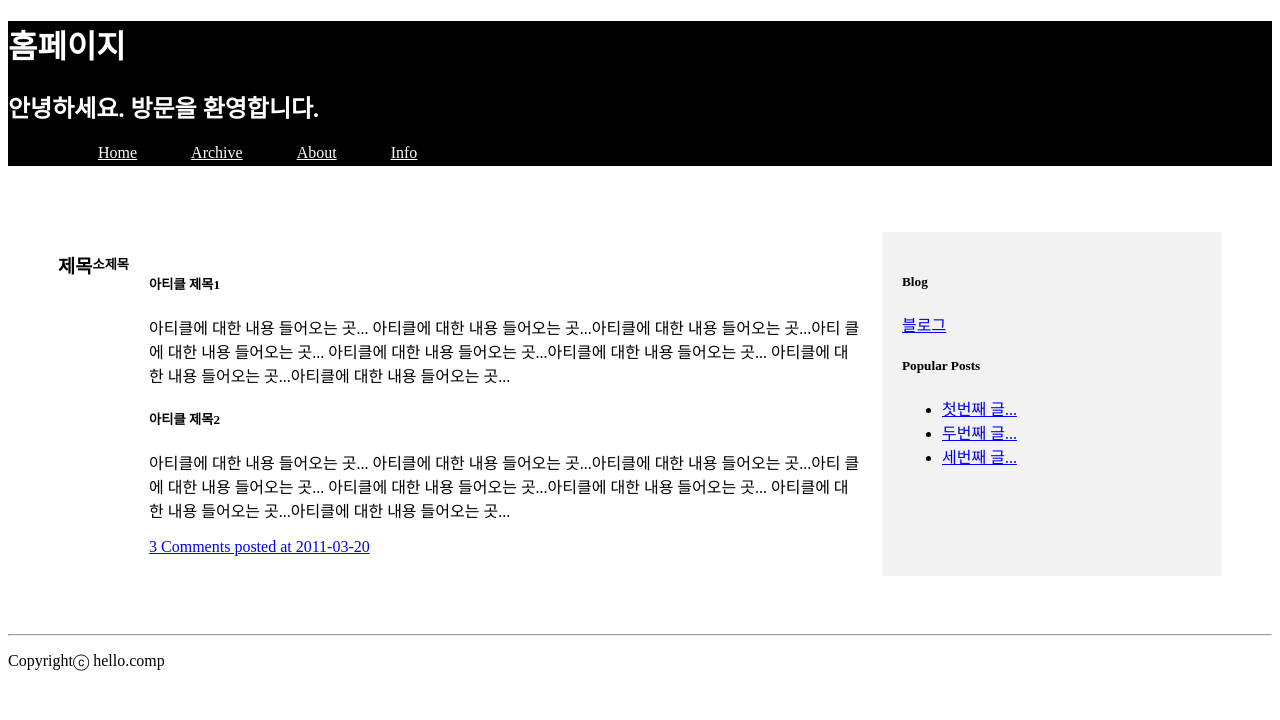
Repository: harin1212/PDA-frontend
Page: 김하린_0728_2/hw2.html
These files come from the project's save history. The page is drawn as it stood at one moment and after the next save; the edit follows.
The browser window is 1280 px wide. The pictures show the whole page.

Above is the page before, as saved 2023-07-28 17:20:40.

### 김하린_0728_2/hw2.html
<!DOCTYPE html>
<html lang="en">
<head>
    <meta charset="UTF-8">
    <meta name="viewport" content="width=device-width, initial-scale=1.0">
    <link rel="stylesheet" href="style/hw2.css">
    <title>HW2</title>
    <style>
        div.line{
            width: 200px;
            height: 10px;
            background-color: rgb(117, 107, 107);
        }
    </style>
</head>
<body>
    <header>
        <h1>홈페이지</h1>
        <h2>안녕하세요. 방문을 환영합니다.</h2>
        <nav>
            <ul>
                <li><a href="#">Home</a></li>
                <li><a href="#">Archive</a></li>
                <li><a href="#">About</a></li>
                <li><a href="#">Info</a></li>
            </ul>
        </nav>
    </header>

    <div class="container">
        <h3>제목</h3>
        <h5>소제목</h5>
        <br>

        <article>
            <section>
                <h5>아티클 제목1</h5>
                <p>아티클에 대한 내용 들어오는 곳...
                    아티클에 대한 내용 들어오는 곳...아티클에 대한 내용 들어오는 곳...아티
                    클에 대한 내용 들어오는 곳...
                    아티클에 대한 내용 들어오는 곳...아티클에 대한 내용 들어오는 곳...
                    아티클에 대한 내용 들어오는 곳...아티클에 대한 내용 들어오는 곳...
                </p>
            </section>
            <section>
                <h5>아티클 제목2</h5>
                <p>아티클에 대한 내용 들어오는 곳...
                    아티클에 대한 내용 들어오는 곳...아티클에 대한 내용 들어오는 곳...아티
                    클에 대한 내용 들어오는 곳...
                    아티클에 대한 내용 들어오는 곳...아티클에 대한 내용 들어오는 곳...
                    아티클에 대한 내용 들어오는 곳...아티클에 대한 내용 들어오는 곳...
                </p>
            </section>
            <a href="#">3 Comments posted at 2011-03-20</a>

        </article>

        <aside>
            <section>
                <h5>Blog</h5>
                <a href="#">블로그</a>
            </section>
            <section>
                <h5>Popular Posts</h5>
                <ul>
                    <li><a href="#">첫번째 글...</a></li>
                    <li><a href="#">두번째 글...</a></li>
                    <li><a href="#">세번째 글...</a></li>
                </ul>
            </section>

        </aside>
    </div>
    <hr>
    <footer>
        <p>Copyrightⓒ hello.comp</p>
    </footer>
</body>
</html>

### 김하린_0728_2/style/hw2.css
header{
    background-color: rgb(0, 0, 0);
    color: white;
    display: block;
}

header nav ul li a{
    color : white;
    margin-left: 50px;
    float: right;
}

nav ul li{
    display: inline-block;
    list-style: none;
}

div{
    padding: 50px;
}

div article{
    float:left;
}

.container {
    display: flex; /* Use flexbox */
}


article {
    flex: 1; /* Take up as much space as possible */
    padding: 20px; /* Add some spacing for the content */
}

aside {
    flex: 0 0 300px; /* Do not grow or shrink. Set a fixed width of 300px */
    background-color: #f2f2f2; /* Optional: Add background color for aside */
    padding: 20px; /* Add some spacing for the content */
}

After the next save:
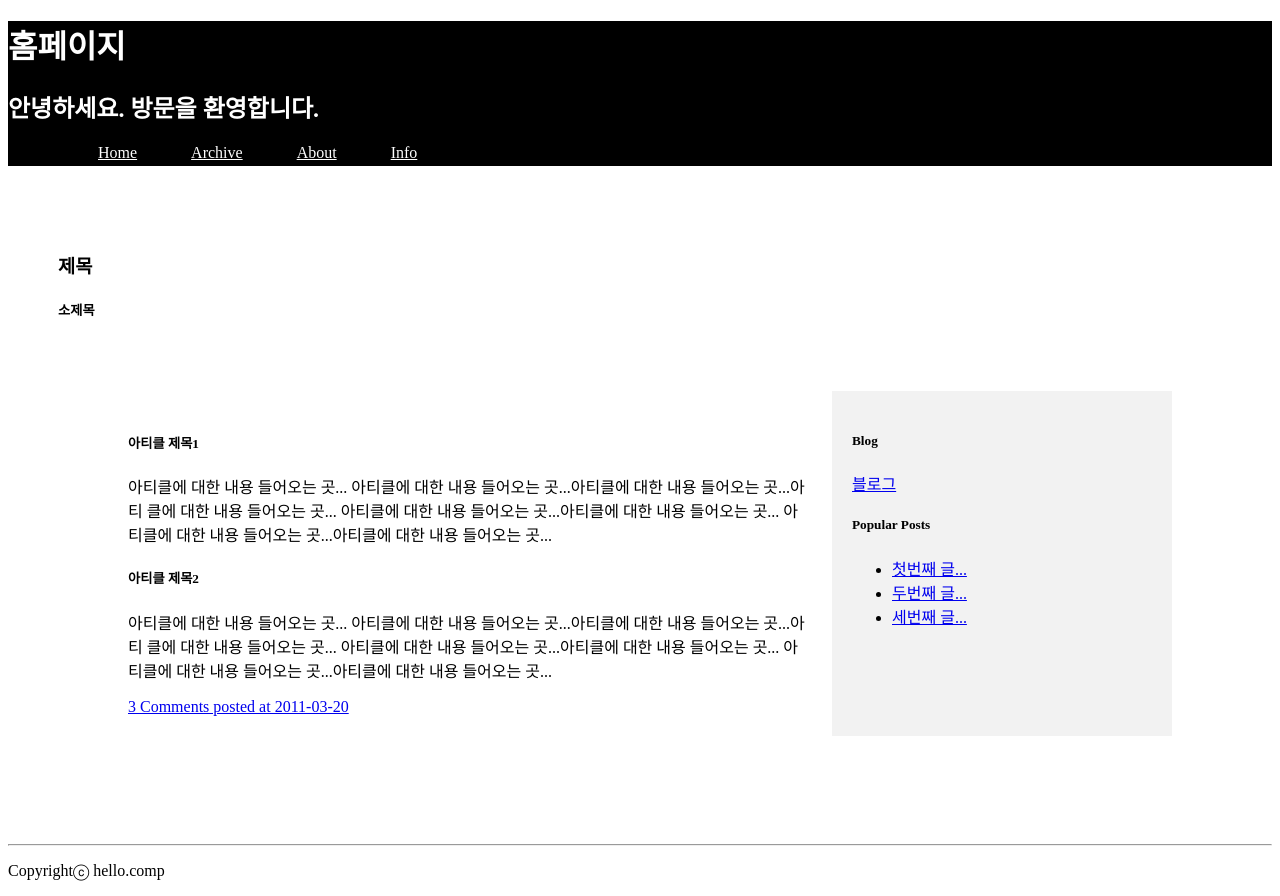
Saved 36 s later.
--- a/김하린_0728_2/hw2.html
+++ b/김하린_0728_2/hw2.html
@@ -27,11 +27,10 @@
         </nav>
     </header>
 
-    <div class="container">
+    <div>
         <h3>제목</h3>
         <h5>소제목</h5>
-        <br>
-
+        <div class="container">
         <article>
             <section>
                 <h5>아티클 제목1</h5>
@@ -68,8 +67,8 @@
                     <li><a href="#">세번째 글...</a></li>
                 </ul>
             </section>
-
         </aside>
+        </div>
     </div>
     <hr>
     <footer>

After the 2 saves that followed:
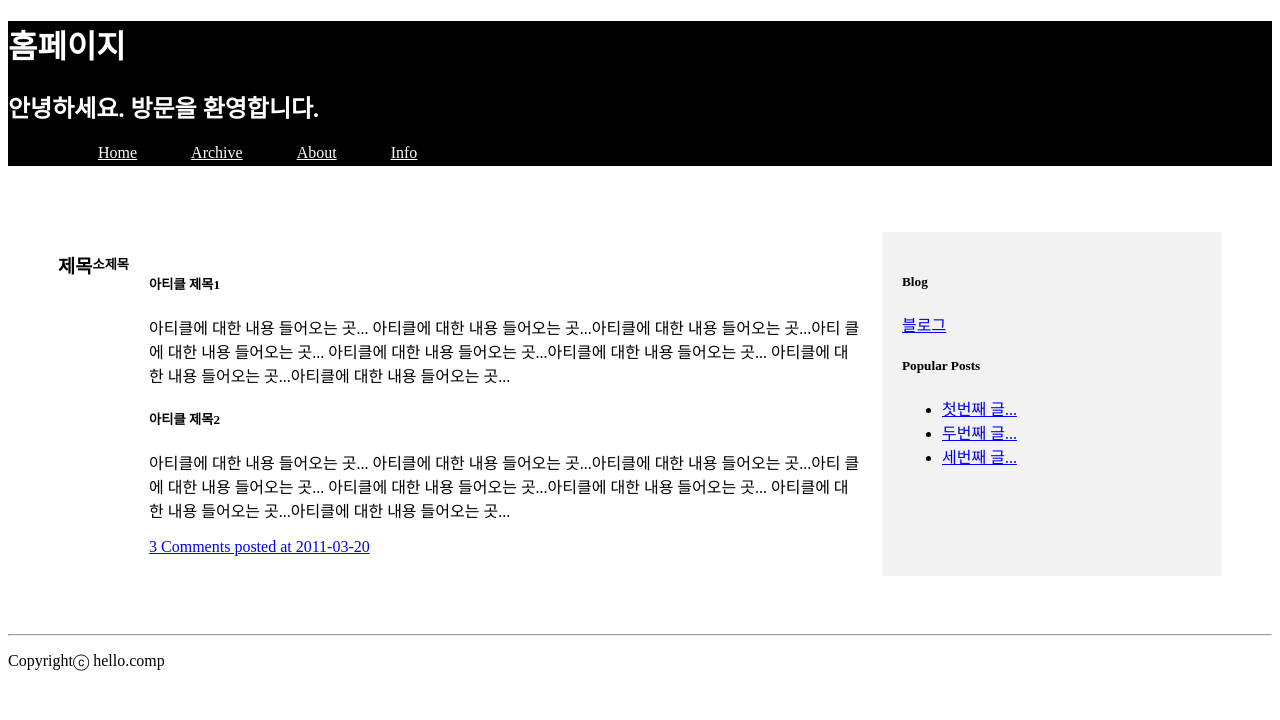
The 2 saves are shown as one change because 1 left the picture as it was.
The last was saved 55 s later.
--- a/김하린_0728_2/hw2.html
+++ b/김하린_0728_2/hw2.html
@@ -27,10 +27,9 @@
         </nav>
     </header>
 
-    <div>
+    <div class="container">
         <h3>제목</h3>
         <h5>소제목</h5>
-        <div class="container">
         <article>
             <section>
                 <h5>아티클 제목1</h5>
@@ -67,8 +66,8 @@
                     <li><a href="#">세번째 글...</a></li>
                 </ul>
             </section>
+
         </aside>
-        </div>
     </div>
     <hr>
     <footer>
--- a/김하린_0728_2/style/hw2.css
+++ b/김하린_0728_2/style/hw2.css
@@ -24,17 +24,17 @@ div article{
 }
 
 .container {
-    display: flex; /* Use flexbox */
+    display: flex;
 }
 
 
 article {
-    flex: 1; /* Take up as much space as possible */
-    padding: 20px; /* Add some spacing for the content */
+    flex: 1;
+    padding: 20px;
 }
 
 aside {
-    flex: 0 0 300px; /* Do not grow or shrink. Set a fixed width of 300px */
-    background-color: #f2f2f2; /* Optional: Add background color for aside */
-    padding: 20px; /* Add some spacing for the content */
+    flex: 0 0 300px;
+    background-color: #f2f2f2;
+    padding: 20px;
 }
